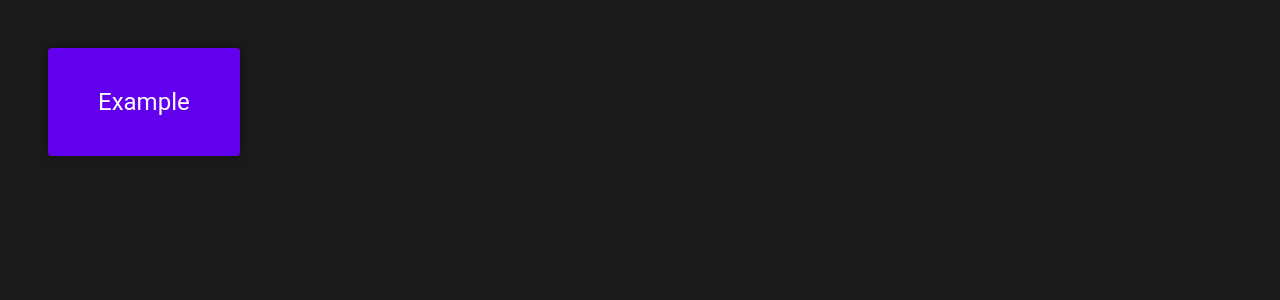
Repository: Folody-Team/Patery-UI
Page: example/index.html
The author's editor kept a copy of each file at every save. The page is drawn from the files as they stood at one save, then again after the next save.
The browser window is 1280 px wide. The pictures show the whole page.

Above is the page before, as saved 2022-01-17 12:41:03.

After the next save:
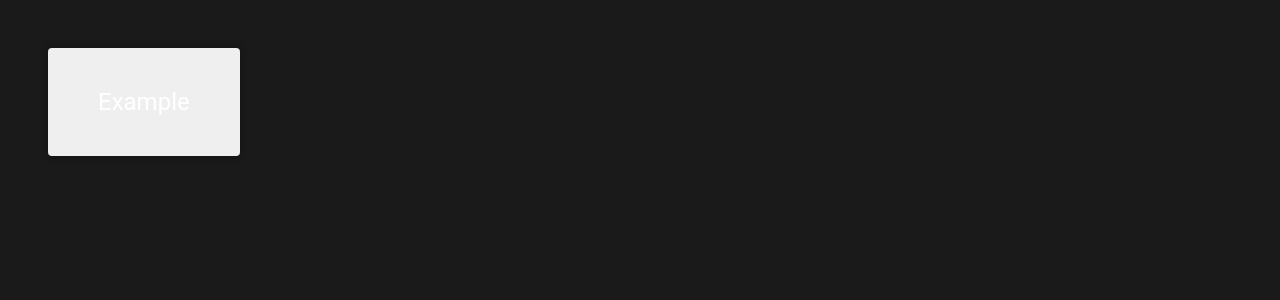
Saved 24 s later.
--- a/patery-ui.css
+++ b/patery-ui.css
@@ -41,7 +41,6 @@ button {
     overflow: hidden;
     transition: background 400ms;
     color: #fff;
-    background-color: #6200ee;
     padding: 1rem 2rem;
     font-family: 'Roboto', sans-serif;
     font-size: 1.5rem;
